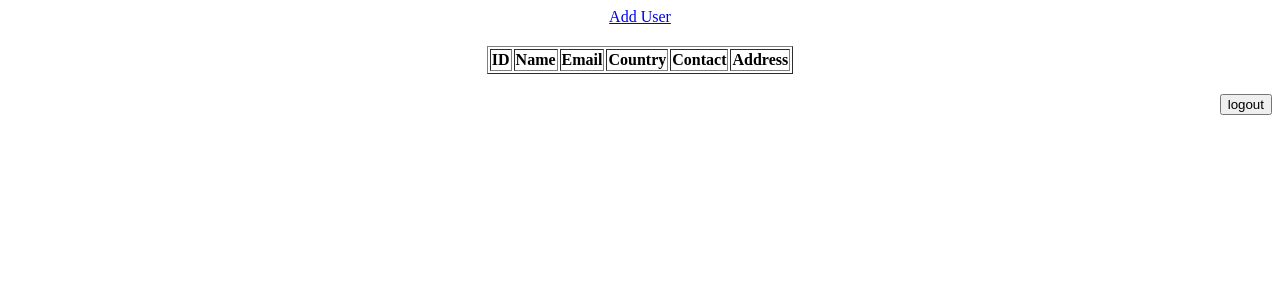
Repository: touhid-jisan/jsp-jdbc-servlet
Page: http://localhost/crud-full-practice/home.jsp
These files come from the project's save history. The page is drawn as it stood at one moment and after the next save; the edit follows.
The browser window is 1280 px wide. The pictures show the whole page.
The page is served by Tomcat 9. Queries for data that is not in the repository find no rows.

Above is the page before, as saved 2019-12-31 04:01:36.

After the next save:
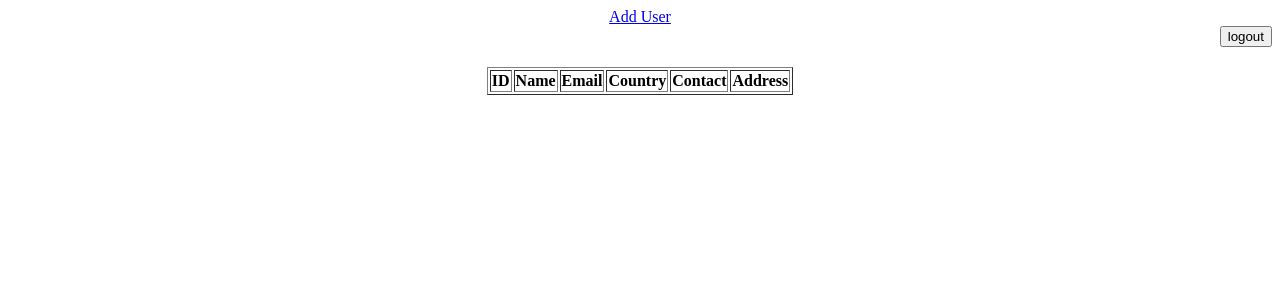
Saved 26 s later.
--- a/crud-full-practice/WebContent/home.jsp
+++ b/crud-full-practice/WebContent/home.jsp
@@ -17,7 +17,11 @@
 	<div align="center">
 		<a href="add-user.jsp">Add User</a> <br>
 	</div>
-
+	<div align="right">
+		<form action="HomeServlet?action=logout" method="post">
+			<input type="submit" value="logout">
+		</form>
+	</div>
 
 	<div align="center">
 	<table border="1px" style="margin: 20px" >
@@ -43,10 +47,6 @@
 		</c:forEach>
 	</table>
 	</div>
-	<div align="right">
-		<form action="HomeServlet?action=logout" method="post">
-			<input type="submit" value="logout">
-		</form>
-	</div>
+
 </body>
 </html>
